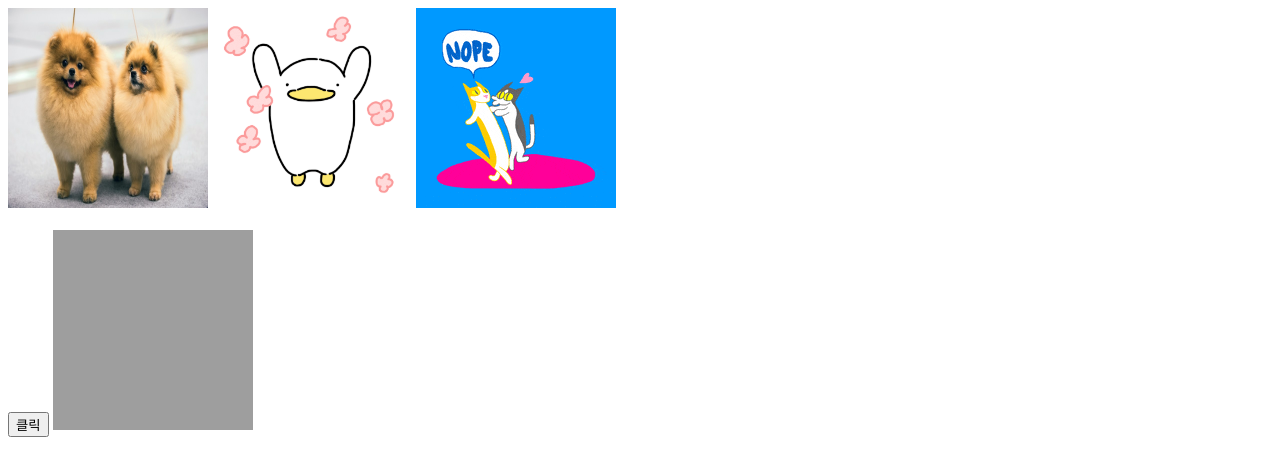
Repository: dhfkdlxm/Lecture-Web
Page: Lecture-Web/WebContent/jquery/exam19.html
These files come from the project's save history. The page is drawn as it stood at one moment and after the next save; the edit follows.
The browser window is 1280 px wide. The pictures show the whole page.
After loading, the first visible `button` was clicked once.
Pictures or frames that could not be fetched are drawn as grey boxes.

Above is the page before, as saved 2021-06-18 01:25:08.

After the next save:
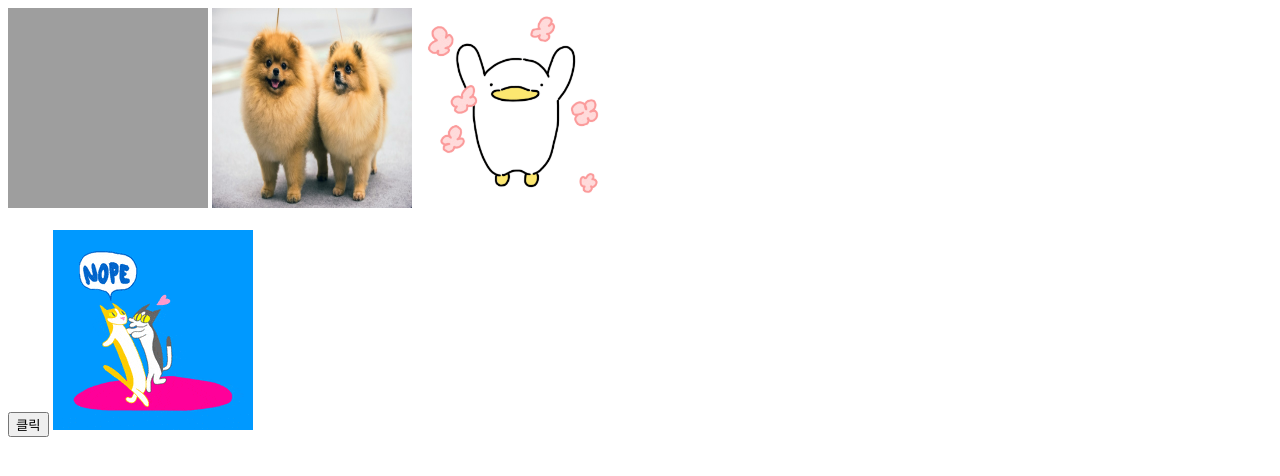
Saved 82 s later.
--- a/Lecture-Web/WebContent/jquery/exam19.html
+++ b/Lecture-Web/WebContent/jquery/exam19.html
@@ -14,7 +14,8 @@ img {
 	$(document).ready(function() {
 		$('button').click(function name() {
 			//$('body').append('<img src="/Lecture-Web/css/images/play.png">')
-			$('img').first().appendTo('body')
+			//$('img').first().appendTo('body')
+			$('img').last().appendTo('body')
 		})
 
 	})
